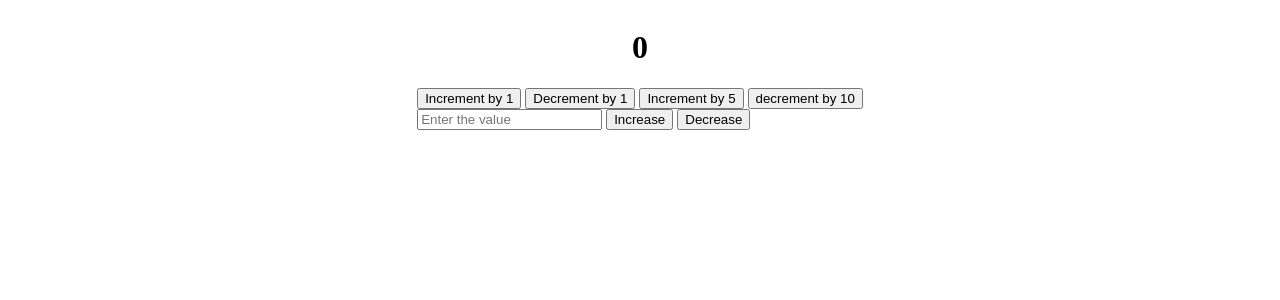
Repository: drumsmanku/micro-project-2
Page: index.html
These files come from the project's save history. The page is drawn as it stood at one moment and after the next save; the edit follows.
The browser window is 1280 px wide. The pictures show the whole page.

Above is the page before, as saved 2023-04-07 19:26:12.

After the next save:
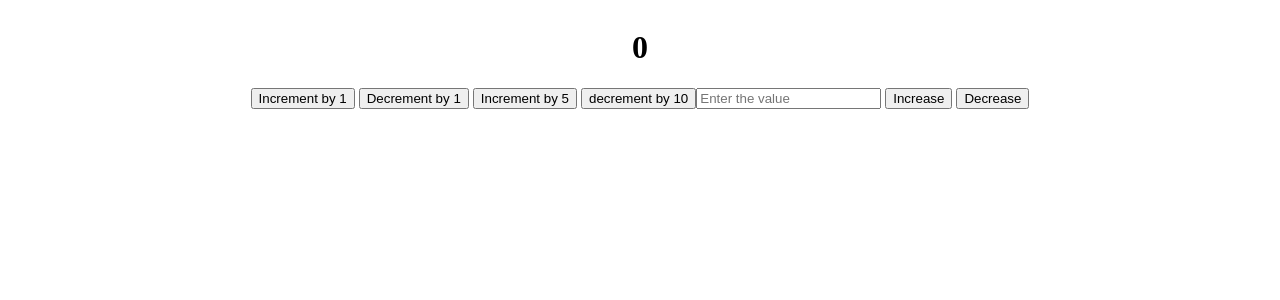
Saved 33 s later.
--- a/style.css
+++ b/style.css
@@ -4,3 +4,7 @@
   align-items: center;
   flex-direction: column;
 }
+
+.second-part{
+  display: flex;
+}

After the save that followed:
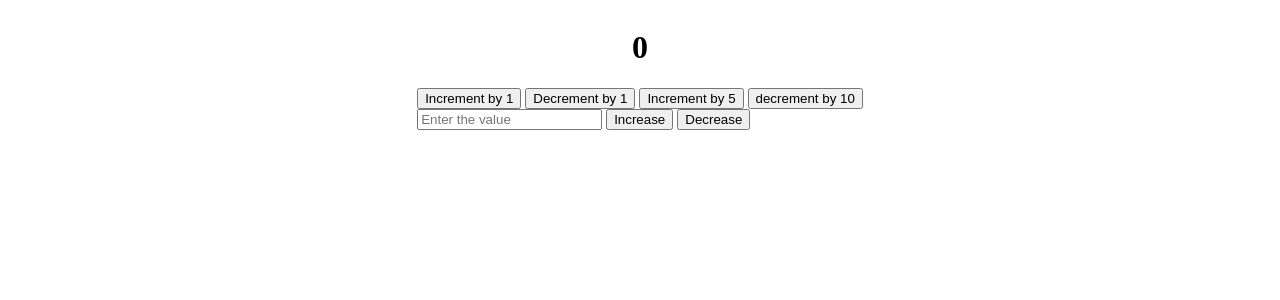
Saved 9 s later.
--- a/style.css
+++ b/style.css
@@ -7,4 +7,5 @@
 
 .second-part{
   display: flex;
+  flex-direction: column;
 }
